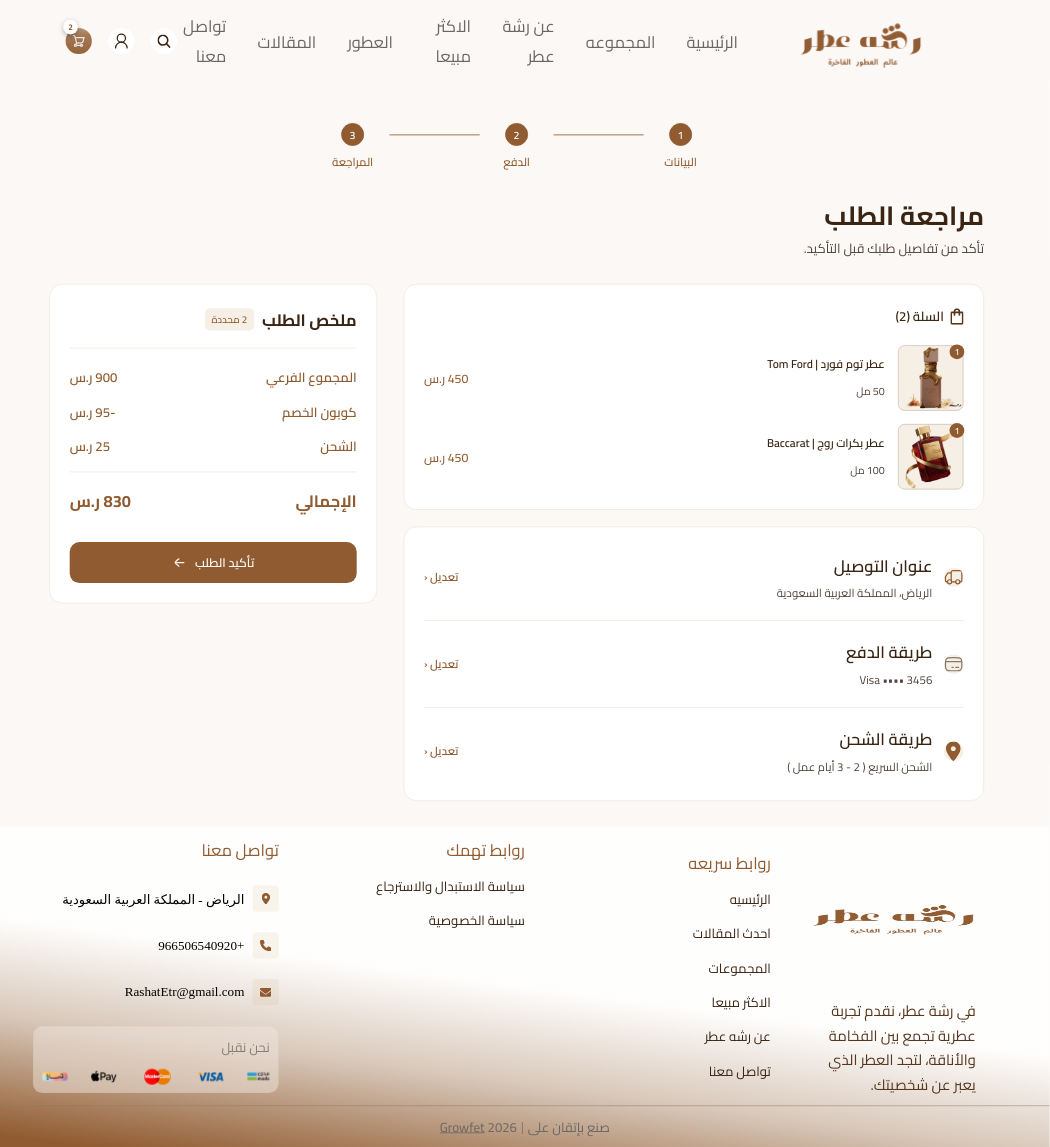
Repository: mahmoudesh74/rashet-3tr
Page: /Review
These files come from the project's save history. The page is drawn as it stood at one moment and after the next save; the edit follows.
The browser window is 1280 px wide. The pictures show the whole page, at 82% of full size.
Some web fonts or font styles are not loaded; a fallback is used. The project was rebuilt for these pictures with package versions that can differ from the ones it lists, and the page was loaded fresh each time. Also part of the build but not shown: vite.config.js, src/App.css, src/components/HeaderSection/Header.css, src/components/HeaderSection/Header.jsx, src/components/GroupSection/GroupSection.css, src/components/GroupSection/GroupSection.jsx, src/components/AboutSection/AboutSection.css, src/components/AboutSection/AboutSection.jsx and 40 more. Imported but missing from the stored project, and not drawn on this page: src/assets/vedio.mp4.

Above is the page before, as saved 2026-09-29 16:13:20.

After the next save:
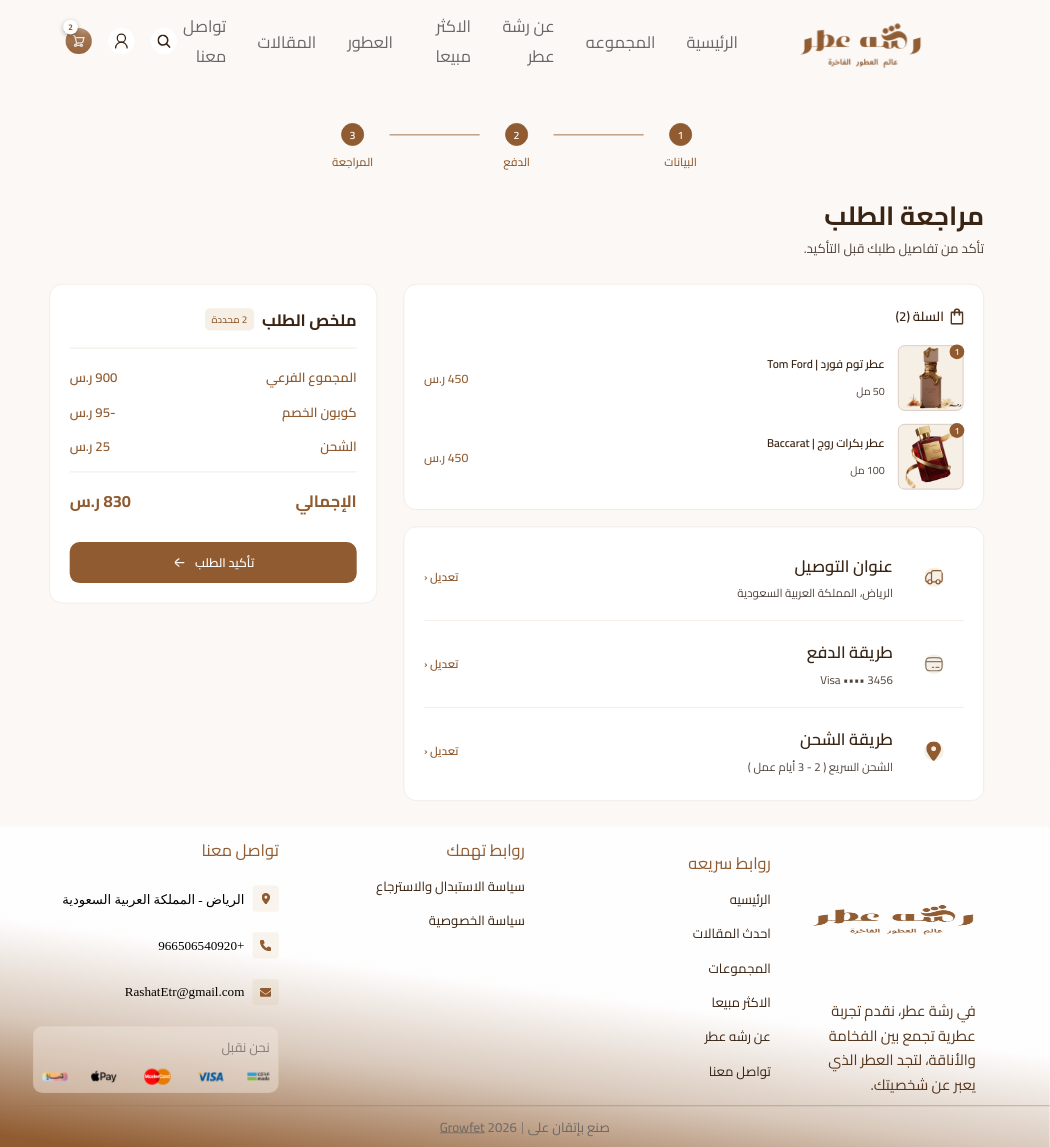
Saved 19 min 26 s later.
--- a/src/pages/Review/Review.jsx
+++ b/src/pages/Review/Review.jsx
@@ -105,7 +105,9 @@
           <div className="checkout-box review-info">
             {INFO.map((row) => (
               <div className="review-info-row" key={row.id}>
-                <img className="review-info-icon" src={row.icon} alt=""></img>
+                <div className="review-info">
+                  <img className="review-info-icon" src={row.icon} alt=""></img>
+                </div>
                 <div className="review-info-text">
                   <strong>{row.title}</strong>
                   <span>{row.text}</span>

After the save that followed:
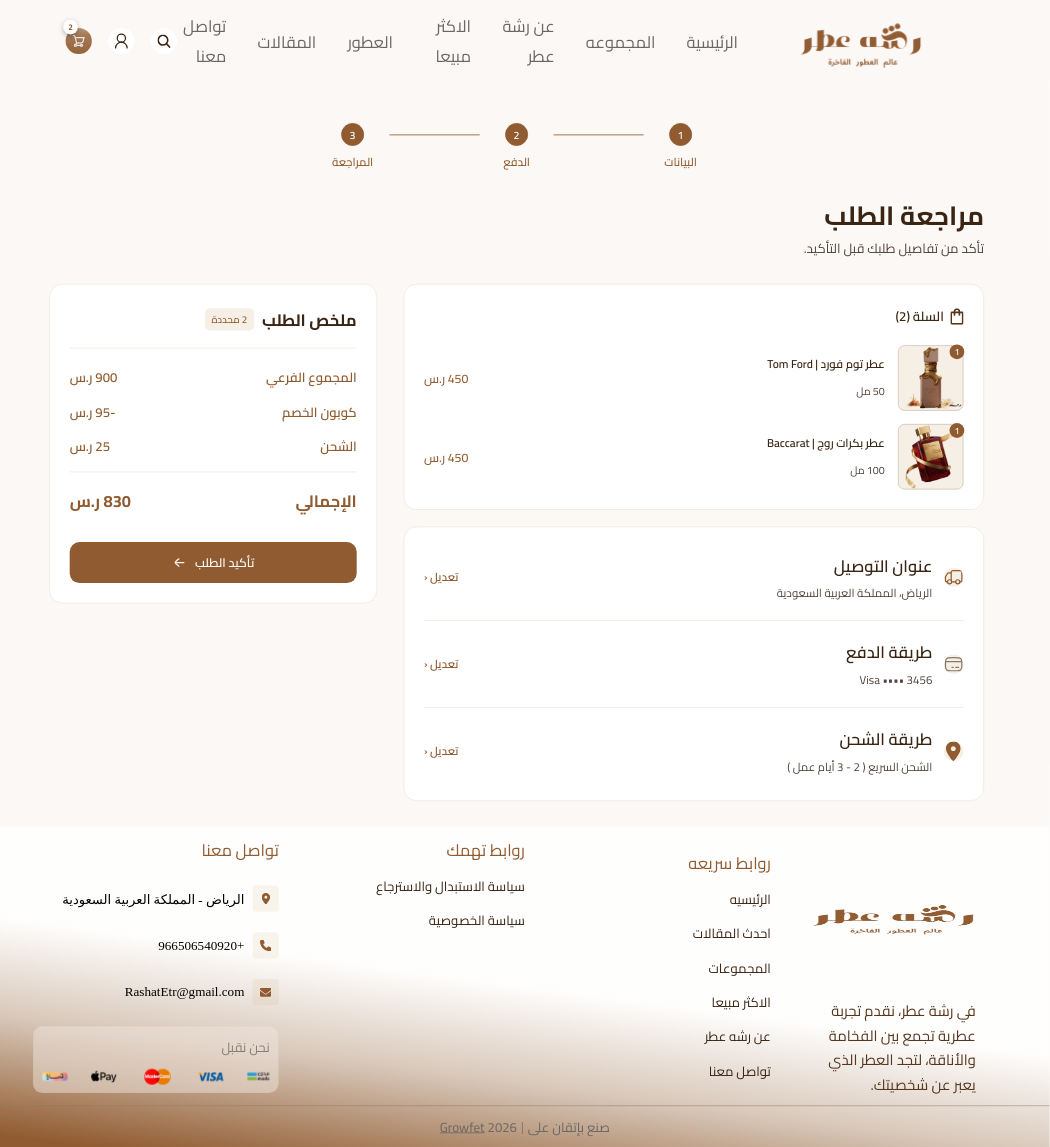
Saved 26 s later.
--- a/src/pages/Review/Review.jsx
+++ b/src/pages/Review/Review.jsx
@@ -105,7 +105,7 @@
           <div className="checkout-box review-info">
             {INFO.map((row) => (
               <div className="review-info-row" key={row.id}>
-                <div className="review-info">
+                <div className="review-info-img">
                   <img className="review-info-icon" src={row.icon} alt=""></img>
                 </div>
                 <div className="review-info-text">
